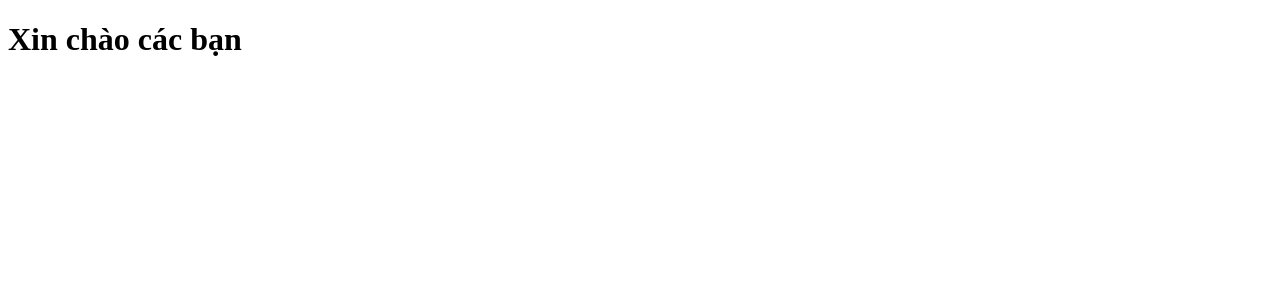
Repository: lavie1309/lavie1309.github.io
Page: http://localhost/trang_chu.php
These files come from the project's save history. The page is drawn as it stood at one moment and after the next save; the edit follows.
The browser window is 1280 px wide. The pictures show the whole page.
The page is run by PHP 8.4 with error messages shown; the project is at /var/www/html/.

Above is the page before, as saved 2021-12-08 16:27:07.

After the next save:
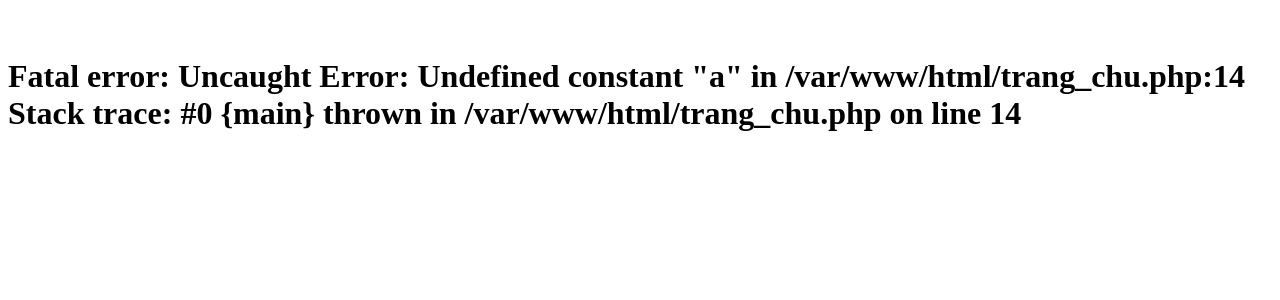
Saved 32 s later.
--- a/trang_chu.php
+++ b/trang_chu.php
@@ -9,7 +9,9 @@
 <body>
   <h1>
 
-    <?php echo "Xin chào các bạn"
+    <?php
+      $a = 5;
+      echo a;
     ?>
   </h1>
   </body>
